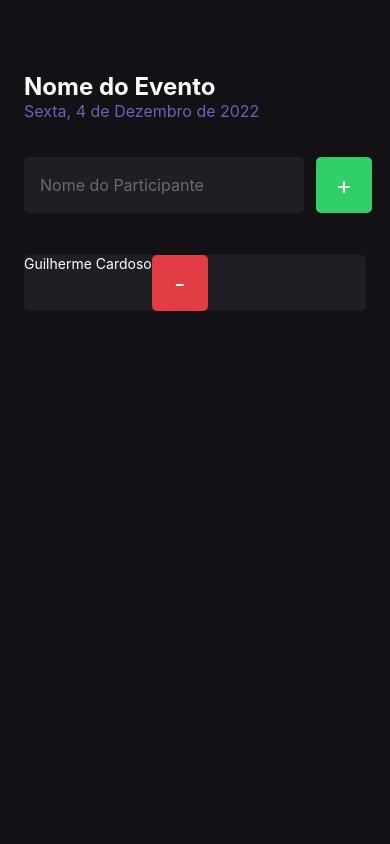
Repository: guilhermecardoso93/reactNative-ignite-imhere
Screen: /
The author's editor kept a copy of each file at every save. The screen is drawn from the files as they stood at one save, then again after the next save.
The app was drawn by React Native's web renderer in a window 390 px wide. The project was rebuilt for these pictures with package versions that can differ from the ones it lists, and the page was loaded fresh each time.

Above is the screen before, as saved 2022-10-02 20:17:15.

### App.tsx
import { Text, View, StyleSheet } from "react-native";
import Home from "./src/screens/Home";

export default function App() {
  return (
    <>
      <Home/>
    </>
  );
}

### src/screens/Home/index.tsx
import { Text, View, TextInput, TouchableOpacity } from "react-native";
import { Participant } from "../../components/Participant";

import { styles } from "./styles";

export default function Home() {
  function handleAddPArticipant() {
    console.log("ADD part");
  }

  return (
    <View style={styles.container}>
      <Text style={styles.eventName}>Nome do Evento</Text>
      <Text style={styles.eventDate}>Sexta, 4 de Dezembro de 2022</Text>
      <View style={styles.form}>
        <TextInput
          style={styles.eventInput}
          placeholder="Nome do Participante"
          placeholderTextColor="#6b6b6b"
        />
        <TouchableOpacity style={styles.button} onPress={handleAddPArticipant}>
          <Text style={styles.buttonText}>+</Text>
        </TouchableOpacity>
      </View>
      <Participant/>
    </View>
  );
}

### src/components/Participant/index.tsx
import { Text, TouchableOpacity, View } from "react-native";


import { styles } from "./styles";

export function Participant(){
function handleRemoveParticipant(){
  console.log('Remove')
}

  return (
    <View style={styles.container}>
      <Text style={styles.name}>Guilherme Cardoso</Text>
      <TouchableOpacity style={styles.button} onPress={handleRemoveParticipant}>
          <Text style={styles.buttonText}>-</Text>
        </TouchableOpacity>
    </View>
  )
}

### src/screens/Home/styles.ts
import { StyleSheet } from "react-native";

export const styles = StyleSheet.create({
  container: {
    flex: 1,
    padding: 24,
    backgroundColor: "#131016",
  },
  eventName: {
    color: "#fff",
    fontSize: 24,
    fontWeight: "bold",
    marginTop: 48,
  },
  eventDate: {
    color: "#6b62b6",
    fontSize: 16,
  },

  eventInput: {
    backgroundColor: "#1f1e25",
    color: "#FFF",
    height: 56,
    flex: 1,
    borderRadius: 5,
    padding: 16,
    fontSize: 16,
    marginRight: 12,
  },

  button: {
    width: 56,
    height: 56,
    borderRadius: 5,
    backgroundColor: "#31cf67",
    alignItems: "center",
    justifyContent: "center",
  },
  buttonText: {
    color: "#FFF",
    fontSize: 24,
  },
  form: {
    width: "100%",
    flexDirection: "row",
    marginTop: 36,
    marginBottom: 42,
  },
});

### src/components/Participant/styles.ts
import { StyleSheet } from "react-native";

export const styles = StyleSheet.create({
  container: {
    width: "100%",
    backgroundColor: "#1f1e25",
    borderRadius: 5,
    flexDirection: "row"
  },
  name: {
    color: "#fff",
  },
  button: {
    width: 56,
    height: 56,
    borderRadius: 5,
    backgroundColor: "#e23c44",
    alignItems: "center",
    justifyContent: "center",
  },
  buttonText: {
    color: "#FFF",
    fontSize: 24,
  },
});

After the next save:
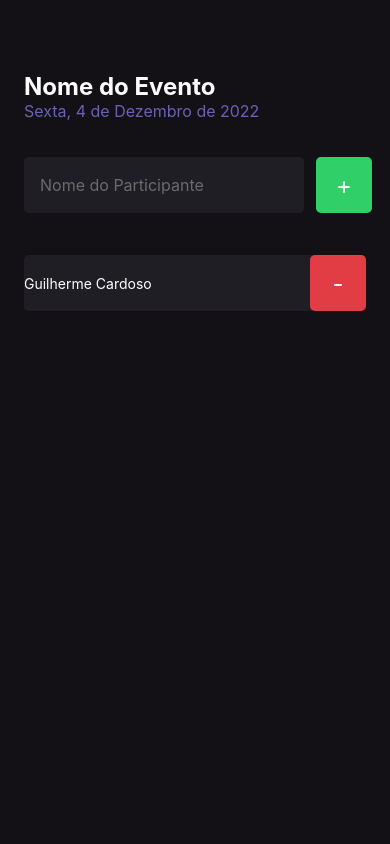
Saved 17 s later.
--- a/src/components/Participant/styles.ts
+++ b/src/components/Participant/styles.ts
@@ -5,7 +5,9 @@ export const styles = StyleSheet.create({
     width: "100%",
     backgroundColor: "#1f1e25",
     borderRadius: 5,
-    flexDirection: "row"
+    flexDirection: "row",
+    alignItems: "center",
+    justifyContent: "space-between"
   },
   name: {
     color: "#fff",
